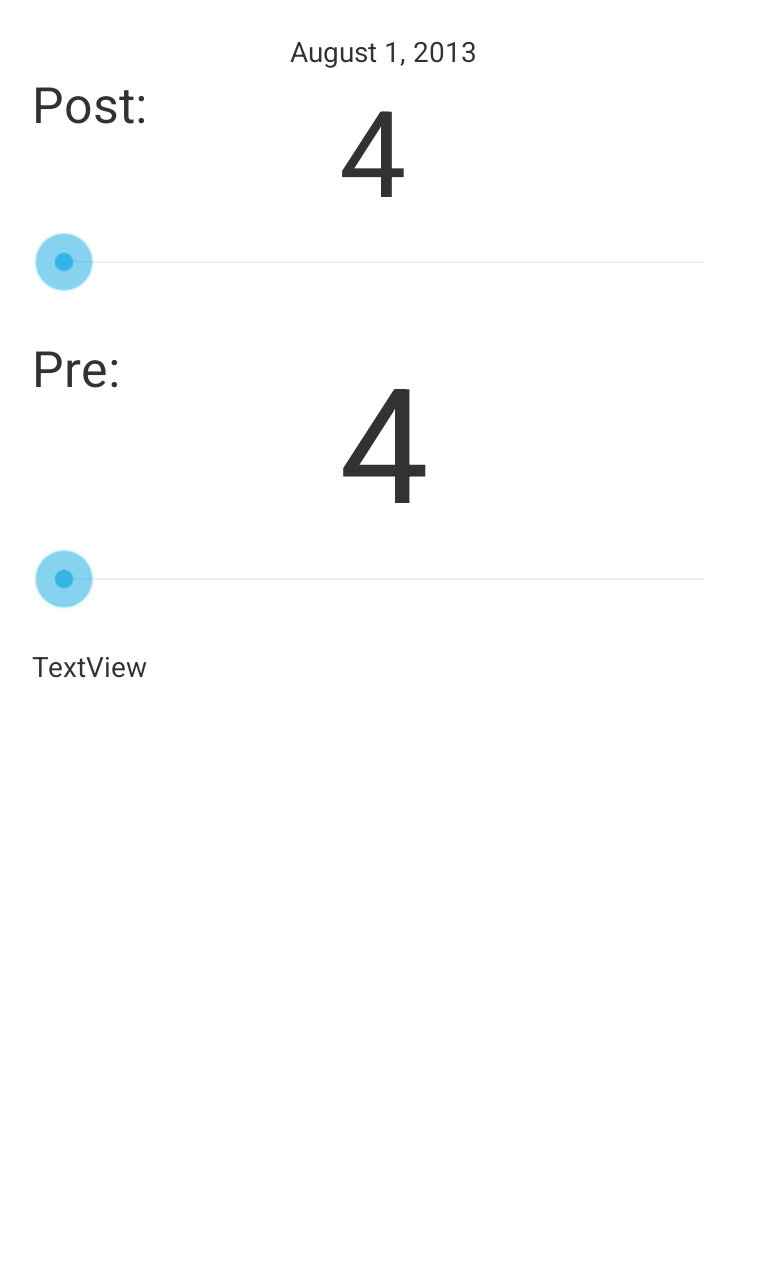
Repository: jemcphe/XCell
Layout: XCell/res/layout/phones.xml
The author's editor kept a copy of each file at every save. The layout is drawn from the files as they stood at one save, then again after the next save.
It is drawn on a 768 x 1280 px phone screen (xhdpi) without system bars, with theme Theme.Xcell; the app's code is not run.

Above is the layout before, as saved 2013-08-16 20:45:01.

### XCell/res/layout/phones.xml
<RelativeLayout xmlns:android="http://schemas.android.com/apk/res/android"
    xmlns:tools="http://schemas.android.com/tools"
    android:layout_width="match_parent"
    android:layout_height="match_parent"
    android:paddingBottom="@dimen/activity_vertical_margin"
    android:paddingLeft="@dimen/activity_horizontal_margin"
    android:paddingRight="@dimen/activity_horizontal_margin"
    android:paddingTop="@dimen/activity_vertical_margin" >

    <TextView
        android:id="@+id/phones_date"
        android:layout_width="wrap_content"
        android:layout_height="wrap_content"
        android:layout_alignParentTop="true"
        android:layout_centerHorizontal="true"
        android:text="August 1, 2013" />

    <TextView
        android:id="@+id/postLabel"
        android:layout_width="wrap_content"
        android:layout_height="wrap_content"
        android:layout_alignParentLeft="true"
        android:layout_below="@+id/phones_date"
        android:textSize="25sp"
        android:text="Post:" />

    <SeekBar
        android:id="@+id/seekBar1"
        android:layout_width="match_parent"
        android:layout_height="wrap_content"
        android:layout_alignLeft="@+id/postLabel"
        android:layout_below="@+id/postValue" />

    <TextView
        android:id="@+id/preLabel"
        android:layout_width="wrap_content"
        android:layout_height="wrap_content"
        android:layout_alignLeft="@+id/seekBar1"
        android:layout_below="@+id/seekBar1"
        android:layout_marginTop="20dp"
        android:textSize="25sp"
        android:text="Pre:" />

    <TextView
        android:id="@+id/postValue"
        android:layout_width="wrap_content"
        android:layout_height="wrap_content"
        android:layout_alignLeft="@+id/preValue"
        android:layout_alignTop="@+id/postLabel"
        android:text="4"
        android:textSize="60sp" />

    <TextView
        android:id="@+id/preValue"
        android:layout_width="wrap_content"
        android:layout_height="wrap_content"
        android:layout_alignTop="@+id/preLabel"
        android:layout_centerHorizontal="true"
        android:text="4"
        android:textSize="80sp" />

    <SeekBar
        android:id="@+id/seekBar2"
        android:layout_width="match_parent"
        android:layout_height="wrap_content"
        android:layout_alignParentLeft="true"
        android:layout_below="@+id/preValue" />

    <TextView
        android:id="@+id/textView1"
        android:layout_width="wrap_content"
        android:layout_height="wrap_content"
        android:layout_alignLeft="@+id/seekBar2"
        android:layout_below="@+id/seekBar2"
        android:layout_marginTop="18dp"
        android:text="TextView" />

</RelativeLayout>

### XCell/res/values/styles_xcell.xml
<?xml version="1.0" encoding="utf-8"?>

<resources>

    <style name="Theme.Xcell" parent="@android:style/Theme.Holo.Light">
        <item name="android:actionBarItemBackground">@drawable/selectable_background_xcell</item>
        <item name="android:popupMenuStyle">@style/PopupMenu.Xcell</item>
        <item name="android:dropDownListViewStyle">@style/DropDownListView.Xcell</item>
        <item name="android:actionBarTabStyle">@style/ActionBarTabStyle.Xcell</item>
        <item name="android:actionDropDownStyle">@style/DropDownNav.Xcell</item>
        <item name="android:actionBarStyle">@style/ActionBar.Solid.Xcell</item>
        <item name="android:actionModeBackground">@drawable/cab_background_top_xcell</item>
        <item name="android:actionModeSplitBackground">@drawable/cab_background_bottom_xcell</item>
        <item name="android:actionModeCloseButtonStyle">@style/ActionButton.CloseMode.Xcell</item>


    </style>

    <style name="ActionBar.Solid.Xcell" parent="@android:style/Widget.Holo.Light.ActionBar.Solid">
        <item name="android:background">@drawable/ab_background_textured_xcell</item>
        <item name="android:backgroundStacked">@drawable/ab_stacked_solid_xcell</item>
        <item name="android:backgroundSplit">@drawable/ab_background_textured_xcell</item>
        <item name="android:progressBarStyle">@style/ProgressBar.Xcell</item>
    </style>

    <style name="ActionBar.Transparent.Xcell" parent="@android:style/Widget.Holo.Light.ActionBar">
        <item name="android:background">@drawable/ab_transparent_xcell</item>
        <item name="android:progressBarStyle">@style/ProgressBar.Xcell</item>
    </style>

    <style name="PopupMenu.Xcell" parent="@android:style/Widget.Holo.Light.ListPopupWindow">
        <item name="android:popupBackground">@drawable/menu_dropdown_panel_xcell</item>
    </style>

    <style name="DropDownListView.Xcell" parent="@android:style/Widget.Holo.Light.ListView.DropDown">
        <item name="android:listSelector">@drawable/selectable_background_xcell</item>
    </style>

    <style name="ActionBarTabStyle.Xcell" parent="@android:style/Widget.Holo.Light.ActionBar.TabView">
        <item name="android:background">@drawable/tab_indicator_ab_xcell</item>
    </style>

    <style name="DropDownNav.Xcell" parent="@android:style/Widget.Holo.Light.Spinner">
        <item name="android:background">@drawable/spinner_background_ab_xcell</item>
        <item name="android:popupBackground">@drawable/menu_dropdown_panel_xcell</item>
        <item name="android:dropDownSelector">@drawable/selectable_background_xcell</item>
    </style>

    <style name="ProgressBar.Xcell" parent="@android:style/Widget.Holo.Light.ProgressBar.Horizontal">
        <item name="android:progressDrawable">@drawable/progress_horizontal_xcell</item>
    </style>

    <style name="ActionButton.CloseMode.Xcell" parent="@android:style/Widget.Holo.Light.ActionButton.CloseMode">
        <item name="android:background">@drawable/btn_cab_done_xcell</item>
    </style>

    <!-- this style is only referenced in a Light.DarkActionBar based theme -->
    <style name="Theme.Xcell.Widget" parent="@android:style/Theme.Holo">
        <item name="android:popupMenuStyle">@style/PopupMenu.Xcell</item>
        <item name="android:dropDownListViewStyle">@style/DropDownListView.Xcell</item>
    </style>

</resources>

### XCell/res/drawable/selectable_background_xcell.xml
<?xml version="1.0" encoding="utf-8"?>
<!-- File created by the Android Action Bar Style Generator

     Copyright (C) 2011 The Android Open Source Project
     Copyright (C) 2012 readyState Software Ltd

     Licensed under the Apache License, Version 2.0 (the "License");
     you may not use this file except in compliance with the License.
     You may obtain a copy of the License at

          http://www.apache.org/licenses/LICENSE-2.0

     Unless required by applicable law or agreed to in writing, software
     distributed under the License is distributed on an "AS IS" BASIS,
     WITHOUT WARRANTIES OR CONDITIONS OF ANY KIND, either express or implied.
     See the License for the specific language governing permissions and
     limitations under the License.
-->

<selector xmlns:android="http://schemas.android.com/apk/res/android"
        android:exitFadeDuration="@android:integer/config_mediumAnimTime" >
    <item android:state_pressed="false" android:state_focused="true" android:drawable="@drawable/list_focused_xcell" />
    <item android:state_pressed="true" android:drawable="@drawable/pressed_background_xcell" />
    <item android:drawable="@android:color/transparent" />
</selector>

### XCell/res/drawable/btn_cab_done_xcell.xml
<?xml version="1.0" encoding="utf-8"?>
<!-- File created by the Android Action Bar Style Generator

     Copyright (C) 2011 The Android Open Source Project
     Copyright (C) 2012 readyState Software Ltd

     Licensed under the Apache License, Version 2.0 (the "License");
     you may not use this file except in compliance with the License.
     You may obtain a copy of the License at

          http://www.apache.org/licenses/LICENSE-2.0

     Unless required by applicable law or agreed to in writing, software
     distributed under the License is distributed on an "AS IS" BASIS,
     WITHOUT WARRANTIES OR CONDITIONS OF ANY KIND, either express or implied.
     See the License for the specific language governing permissions and
     limitations under the License.
-->

<selector xmlns:android="http://schemas.android.com/apk/res/android">
    <item android:state_pressed="true"
        android:drawable="@drawable/btn_cab_done_pressed_xcell" />
    <item android:state_focused="true" android:state_enabled="true"
        android:drawable="@drawable/btn_cab_done_focused_xcell" />
    <item android:state_enabled="true"
        android:drawable="@drawable/btn_cab_done_default_xcell" />
</selector>

### XCell/res/drawable/ab_background_textured_xcell.xml
<?xml version="1.0" encoding="utf-8"?>
<!-- File created by the Android Action Bar Style Generator

     Copyright (C) 2012 readyState Software Ltd

     Licensed under the Apache License, Version 2.0 (the "License");
     you may not use this file except in compliance with the License.
     You may obtain a copy of the License at

          http://www.apache.org/licenses/LICENSE-2.0

     Unless required by applicable law or agreed to in writing, software
     distributed under the License is distributed on an "AS IS" BASIS,
     WITHOUT WARRANTIES OR CONDITIONS OF ANY KIND, either express or implied.
     See the License for the specific language governing permissions and
     limitations under the License.
-->

<bitmap xmlns:android="http://schemas.android.com/apk/res/android"
    android:src="@drawable/ab_texture_tile_xcell"
    android:tileMode="repeat" />

### XCell/res/drawable/progress_horizontal_xcell.xml
<?xml version="1.0" encoding="utf-8"?>
<!-- File created by the Android Action Bar Style Generator

     Copyright (C) 2011 The Android Open Source Project
     Copyright (C) 2012 readyState Software Ltd

     Licensed under the Apache License, Version 2.0 (the "License");
     you may not use this file except in compliance with the License.
     You may obtain a copy of the License at

          http://www.apache.org/licenses/LICENSE-2.0

     Unless required by applicable law or agreed to in writing, software
     distributed under the License is distributed on an "AS IS" BASIS,
     WITHOUT WARRANTIES OR CONDITIONS OF ANY KIND, either express or implied.
     See the License for the specific language governing permissions and
     limitations under the License.
-->

<layer-list xmlns:android="http://schemas.android.com/apk/res/android">

    <item android:id="@android:id/background"
          android:drawable="@drawable/progress_bg_xcell" />

    <item android:id="@android:id/secondaryProgress">
        <scale android:scaleWidth="100%"
               android:drawable="@drawable/progress_secondary_xcell" />
    </item>

    <item android:id="@android:id/progress">
        <scale android:scaleWidth="100%"
               android:drawable="@drawable/progress_primary_xcell" />
    </item>

</layer-list>

### XCell/res/drawable/spinner_background_ab_xcell.xml
<?xml version="1.0" encoding="utf-8"?>
<!-- File created by the Android Action Bar Style Generator

     Copyright (C) 2011 The Android Open Source Project
     Copyright (C) 2012 readyState Software Ltd

     Licensed under the Apache License, Version 2.0 (the "License");
     you may not use this file except in compliance with the License.
     You may obtain a copy of the License at

          http://www.apache.org/licenses/LICENSE-2.0

     Unless required by applicable law or agreed to in writing, software
     distributed under the License is distributed on an "AS IS" BASIS,
     WITHOUT WARRANTIES OR CONDITIONS OF ANY KIND, either express or implied.
     See the License for the specific language governing permissions and
     limitations under the License.
-->

<selector xmlns:android="http://schemas.android.com/apk/res/android">
    <item android:state_enabled="false"
        android:drawable="@drawable/spinner_ab_disabled_xcell" />
    <item android:state_pressed="true"
        android:drawable="@drawable/spinner_ab_pressed_xcell" />
    <item android:state_pressed="false" android:state_focused="true"
        android:drawable="@drawable/spinner_ab_focused_xcell" />
    <item android:drawable="@drawable/spinner_ab_default_xcell" />
</selector>

### XCell/res/drawable/tab_indicator_ab_xcell.xml
<?xml version="1.0" encoding="utf-8"?>
<!-- File created by the Android Action Bar Style Generator

     Copyright (C) 2011 The Android Open Source Project
     Copyright (C) 2012 readyState Software Ltd

     Licensed under the Apache License, Version 2.0 (the "License");
     you may not use this file except in compliance with the License.
     You may obtain a copy of the License at

          http://www.apache.org/licenses/LICENSE-2.0

     Unless required by applicable law or agreed to in writing, software
     distributed under the License is distributed on an "AS IS" BASIS,
     WITHOUT WARRANTIES OR CONDITIONS OF ANY KIND, either express or implied.
     See the License for the specific language governing permissions and
     limitations under the License.
-->

<selector xmlns:android="http://schemas.android.com/apk/res/android">
    <!-- Non focused states -->
    <item android:state_focused="false" android:state_selected="false" android:state_pressed="false" android:drawable="@android:color/transparent"/>
    <item android:state_focused="false" android:state_selected="true"  android:state_pressed="false" android:drawable="@drawable/tab_selected_xcell" />

    <!-- Focused states -->
    <item android:state_focused="true" android:state_selected="false" android:state_pressed="false" android:drawable="@drawable/tab_unselected_focused_xcell" />
    <item android:state_focused="true" android:state_selected="true"  android:state_pressed="false" android:drawable="@drawable/tab_selected_focused_xcell" />

    <!-- Pressed -->
    <!--    Non focused states -->
    <item android:state_focused="false" android:state_selected="false" android:state_pressed="true" android:drawable="@drawable/tab_unselected_pressed_xcell" />
    <item android:state_focused="false" android:state_selected="true"  android:state_pressed="true" android:drawable="@drawable/tab_selected_pressed_xcell" />

    <!--    Focused states -->
    <item android:state_focused="true" android:state_selected="false" android:state_pressed="true" android:drawable="@drawable/tab_unselected_pressed_xcell" />
    <item android:state_focused="true" android:state_selected="true"  android:state_pressed="true" android:drawable="@drawable/tab_selected_pressed_xcell" />
</selector>

### XCell/res/drawable/pressed_background_xcell.xml
<?xml version="1.0" encoding="utf-8"?>
<!-- File created by the Android Action Bar Style Generator

     Copyright (C) 2011 The Android Open Source Project
     Copyright (C) 2012 readyState Software Ltd

     Licensed under the Apache License, Version 2.0 (the "License");
     you may not use this file except in compliance with the License.
     You may obtain a copy of the License at

          http://www.apache.org/licenses/LICENSE-2.0

     Unless required by applicable law or agreed to in writing, software
     distributed under the License is distributed on an "AS IS" BASIS,
     WITHOUT WARRANTIES OR CONDITIONS OF ANY KIND, either express or implied.
     See the License for the specific language governing permissions and
     limitations under the License.
-->

<shape xmlns:android="http://schemas.android.com/apk/res/android" android:shape="rectangle">
    <solid android:color="@color/pressed_xcell" />
</shape>

### XCell/res/values/colors_xcell.xml
<?xml version="1.0" encoding="utf-8"?>
<!-- File created by the Android Action Bar Style Generator

     Copyright (C) 2011 The Android Open Source Project
     Copyright (C) 2012 readyState Software Ltd

     Licensed under the Apache License, Version 2.0 (the "License");
     you may not use this file except in compliance with the License.
     You may obtain a copy of the License at

          http://www.apache.org/licenses/LICENSE-2.0

     Unless required by applicable law or agreed to in writing, software
     distributed under the License is distributed on an "AS IS" BASIS,
     WITHOUT WARRANTIES OR CONDITIONS OF ANY KIND, either express or implied.
     See the License for the specific language governing permissions and
     limitations under the License.
-->

<resources>
    <color name="pressed_xcell">#CC33B5E5</color>
    <color name="background_xcell">#d8e8e8</color>
    <color name="xcell_blue">#12679b</color>
</resources>

Loaded but not shown: XCell/res/values/dimens.xml (common file)

After the next save:
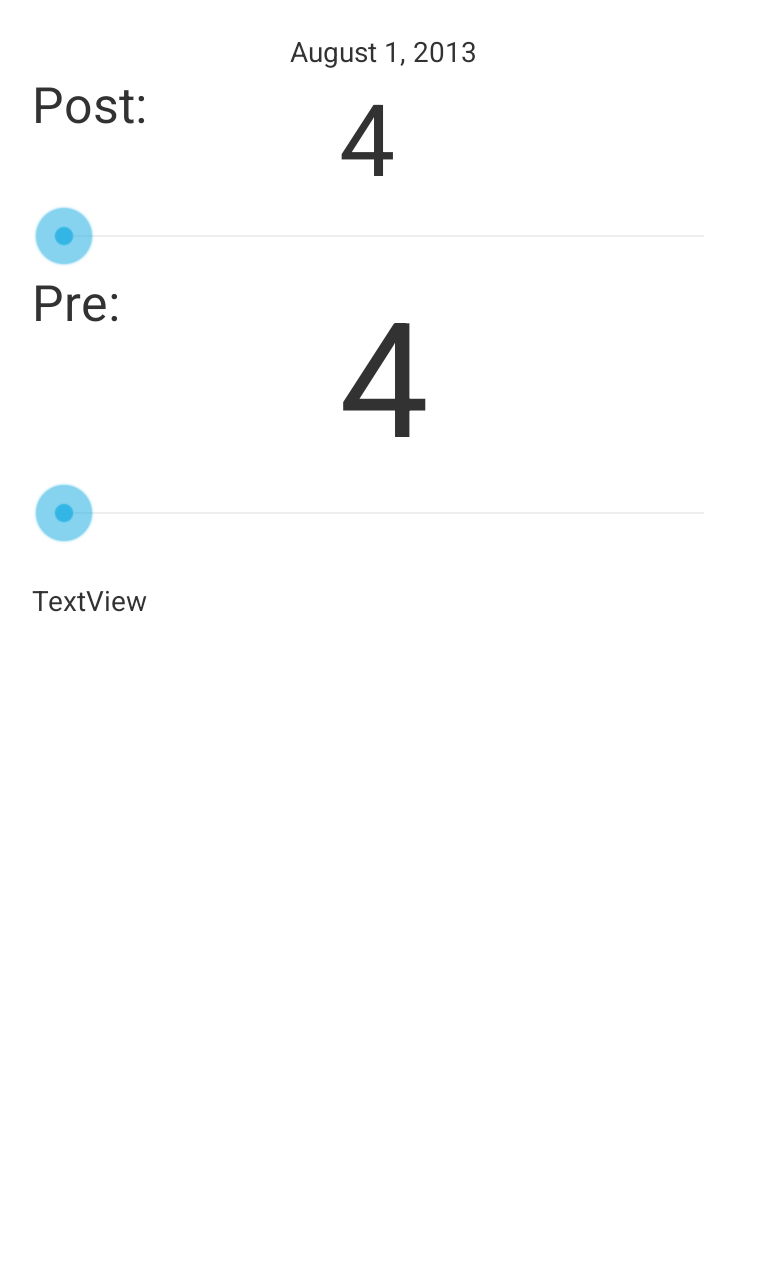
Saved 61 s later.
--- a/XCell/res/layout/phones.xml
+++ b/XCell/res/layout/phones.xml
@@ -24,23 +24,6 @@
         android:textSize="25sp"
         android:text="Post:" />
 
-    <SeekBar
-        android:id="@+id/seekBar1"
-        android:layout_width="match_parent"
-        android:layout_height="wrap_content"
-        android:layout_alignLeft="@+id/postLabel"
-        android:layout_below="@+id/postValue" />
-
-    <TextView
-        android:id="@+id/preLabel"
-        android:layout_width="wrap_content"
-        android:layout_height="wrap_content"
-        android:layout_alignLeft="@+id/seekBar1"
-        android:layout_below="@+id/seekBar1"
-        android:layout_marginTop="20dp"
-        android:textSize="25sp"
-        android:text="Pre:" />
-
     <TextView
         android:id="@+id/postValue"
         android:layout_width="wrap_content"
@@ -48,7 +31,7 @@
         android:layout_alignLeft="@+id/preValue"
         android:layout_alignTop="@+id/postLabel"
         android:text="4"
-        android:textSize="60sp" />
+        android:textSize="50sp" />
 
     <TextView
         android:id="@+id/preValue"
@@ -75,4 +58,20 @@
         android:layout_marginTop="18dp"
         android:text="TextView" />
 
+    <SeekBar
+        android:id="@+id/seekBar1"
+        android:layout_width="match_parent"
+        android:layout_height="wrap_content"
+        android:layout_alignLeft="@+id/postLabel"
+        android:layout_below="@+id/postValue" />
+
+    <TextView
+        android:id="@+id/preLabel"
+        android:layout_width="wrap_content"
+        android:layout_height="wrap_content"
+        android:layout_alignLeft="@+id/seekBar1"
+        android:layout_below="@+id/seekBar1"
+        android:text="Pre:"
+        android:textSize="25sp" />
+
 </RelativeLayout>
